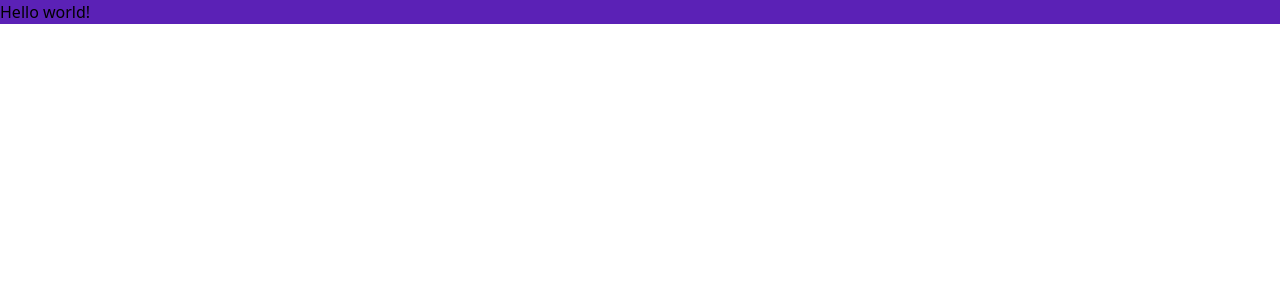
Repository: wandersondacosta/NLW-return-
Page: / (app in web/)
An editor plug-in stored every save of this project. The page is shown before and after the next save, followed by the edit.
The browser window is 1280 px wide. The pictures show the whole page.
The project was rebuilt for these pictures with package versions that can differ from the ones it lists, and the page was loaded fresh each time. Also part of the build but not shown: web/vite.config.ts.

Above is the page before, as saved 2022-05-02 20:32:38.

### web/src/main.tsx
import React from "react";
import ReactDOM from "react-dom/client";
import App from "./App";

import "./global.css";

ReactDOM.createRoot(document.getElementById("root")!).render(
  <React.StrictMode>
    <App />
  </React.StrictMode>
);

### web/src/App.tsx
function App() {
  return (
    <div className="bg-violet-800">
      <h1>Hello world!</h1>
    </div>
  );
}

export default App;

### web/tailwind.config.js
module.exports = {
  content: ["./src/**/*.tsx"],
  theme: {
    extend: {},
  },
  plugins: [],
};

Loaded but not shown: web/index.html (common file); web/src/global.css (common file)

After the next save:
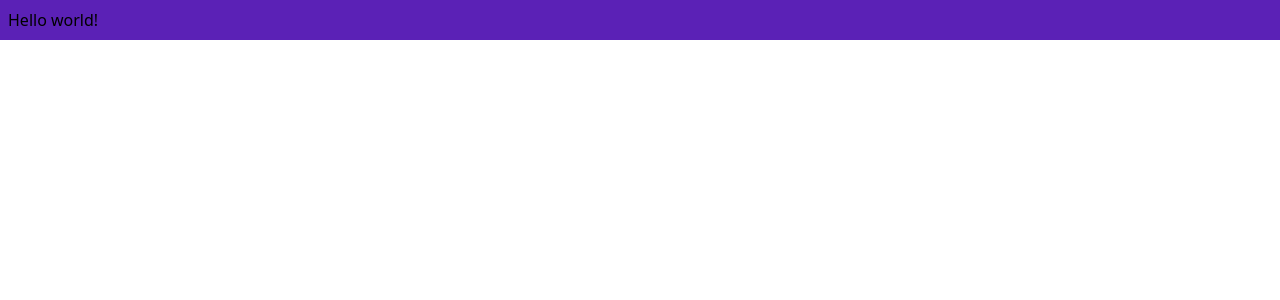
Saved 34 s later.
--- a/web/src/App.tsx
+++ b/web/src/App.tsx
@@ -1,6 +1,6 @@
 function App() {
   return (
-    <div className="bg-violet-800">
+    <div className="bg-violet-800 p-2">
       <h1>Hello world!</h1>
     </div>
   );
